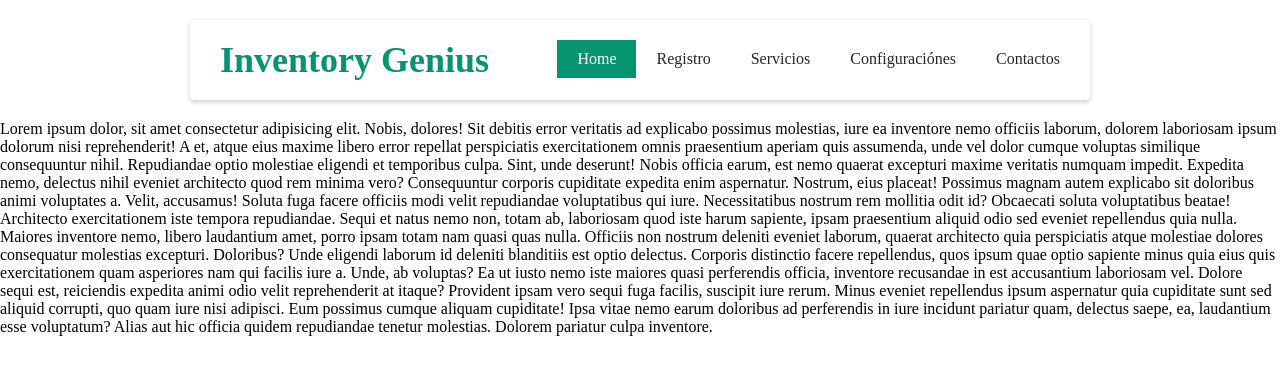
Repository: Sirius018/InventoryGenius
Page: ADW/InventoryGenius/src/main/resources/templates/Home.html
The author's editor kept a copy of each file at every save. The page is drawn from the files as they stood at one save, then again after the next save.
The browser window is 1280 px wide. The pictures show the whole page.

Above is the page before, as saved 2023-06-05 03:30:02.

### ADW/InventoryGenius/src/main/resources/templates/Home.html
<!DOCTYPE html>
<html lang="en" xmlns:th="http://www.thymeleaf.org">
<head>
    <meta charset="UTF-8">
    <meta http-equiv="X-UA-Compatible" content="IE=edge">
    <meta name="viewport" content="width=device-width, initial-scale=1.0">
    <link href="https://stackpath.bootstrapcdn.com/font-awesome/4.7.0/css/font-awesome.min.css" rel="stylesheet">
    <link rel="stylesheet" href="../static/css/home.css">
    <title>Practica 50</title>
</head>
<body>

<header>
        <div class="header">
            <a class="logo" href="#">Inventory Genius</a>
        <div class="menu-toggle"></div>
        <nav>
            <ul>
                <li><a class="active" href="#">Home</a></li>
                <li><a href="#">Registro</a></li>
                <li><a href="#">Servicios</a></li>
                <li><a href="#">Configuraciónes</a></li>
                <li><a href="#">Contactos</a></li>
            </ul>
        </nav>
        <div class="clearfix"></div>
        </div>
    </header>

    <div>
        Lorem ipsum dolor, sit amet consectetur adipisicing elit. Nobis, dolores! Sit debitis error veritatis ad explicabo possimus molestias, iure ea inventore nemo officiis laborum, dolorem laboriosam ipsum dolorum nisi reprehenderit!
        A et, atque eius maxime libero error repellat perspiciatis exercitationem omnis praesentium aperiam quis assumenda, unde vel dolor cumque voluptas similique consequuntur nihil. Repudiandae optio molestiae eligendi et temporibus culpa.
        Sint, unde deserunt! Nobis officia earum, est nemo quaerat excepturi maxime veritatis numquam impedit. Expedita nemo, delectus nihil eveniet architecto quod rem minima vero? Consequuntur corporis cupiditate expedita enim aspernatur.
        Nostrum, eius placeat! Possimus magnam autem explicabo sit doloribus animi voluptates a. Velit, accusamus! Soluta fuga facere officiis modi velit repudiandae voluptatibus qui iure. Necessitatibus nostrum rem mollitia odit id?
        Obcaecati soluta voluptatibus beatae! Architecto exercitationem iste tempora repudiandae. Sequi et natus nemo non, totam ab, laboriosam quod iste harum sapiente, ipsam praesentium aliquid odio sed eveniet repellendus quia nulla.
        Maiores inventore nemo, libero laudantium amet, porro ipsam totam nam quasi quas nulla. Officiis non nostrum deleniti eveniet laborum, quaerat architecto quia perspiciatis atque molestiae dolores consequatur molestias excepturi. Doloribus?
        Unde eligendi laborum id deleniti blanditiis est optio delectus. Corporis distinctio facere repellendus, quos ipsum quae optio sapiente minus quia eius quis exercitationem quam asperiores nam qui facilis iure a.
        Unde, ab voluptas? Ea ut iusto nemo iste maiores quasi perferendis officia, inventore recusandae in est accusantium laboriosam vel. Dolore sequi est, reiciendis expedita animi odio velit reprehenderit at itaque?
        Provident ipsam vero sequi fuga facilis, suscipit iure rerum. Minus eveniet repellendus ipsum aspernatur quia cupiditate sunt sed aliquid corrupti, quo quam iure nisi adipisci. Eum possimus cumque aliquam cupiditate!
        Ipsa vitae nemo earum doloribus ad perferendis in iure incidunt pariatur quam, delectus saepe, ea, laudantium esse voluptatum? Alias aut hic officia quidem repudiandae tenetur molestias. Dolorem pariatur culpa inventore.
    </div>



<script src="https://code.jquery.com/jquery-3.6.0.js" integrity="sha256-H+K7U5CnXl1h5ywQfKtSj8PCmoN9aaq30gDh27Xc0jk=" crossorigin="anonymous"></script>
<script src="../static/js/home.js"></script>
</body>
</html>

### ADW/InventoryGenius/src/main/resources/static/css/home.css
/********************************** RESET PROPIEDADES **********************************/
* {
    margin: 0;
    padding: 0;
    box-sizing: border-box;
}
a {
    text-decoration: none;
    color: inherit;
}
ul, ol {
    list-style: none;
}
body, h1, h2, h3, h4, h5, h6, p, ul, ol, li {
    margin: 0;
    padding: 0;
    font-size: 100%;
    font-weight: normal;
}
img {
    display: block;
    max-width: 100%;
    height: auto;
}
input, textarea, button {
    margin: 0;
    padding: 0;
    border: none;
    outline: none;
    background: none;
    font-family: inherit;
    font-size: inherit;
    color: inherit;
    resize: none;
}
button {
    cursor: pointer;
}
li {
    list-style: none;
}
/************************************************************************************************************/





.header{
    position: relative;
    max-width: 900px;
    margin: 20px auto;
    padding: 10px;
    background: #fff;
    box-sizing: border-box;
    border-radius: 4px;
    box-shadow: 0 2px 5px rgba(0,0,0,.2);
}

.logo{
    color: #069370;
    height: 60px;
    line-height: 60px;
    padding: 0 20px;
    font-size: 36px;
    text-align: center;
    float: left;
    font-weight: 700;
    text-decoration: none;
}

nav{
    float: right;
}

.clearfix{
    clear: both;
}

nav ul{
    margin: 0;
    padding: 0;
    display: flex;
}

nav ul li{
    list-style: none;
}

nav ul li a{
    display: block;
    margin: 10px 0;
    padding: 10px 20px;
    text-decoration: none;
    color: #262626;
}

nav ul li a:hover,
nav ul li a.active{
    background: #069370;
    color: #fff;
    transition: .5s;
}

@media (max-width: 900px) {
    header{
        margin: 20px;
    }
}

@media (max-width: 768px) {
    .menu-toggle{
        display: block;
        width: 40px;
        height: 40px;
        margin: 10px;
        float: right;
        cursor: pointer;
        text-align: center;
        font-size: 30px;
        color: #096370;
    }
    .menu-toggle::before{
        content: '\f0c9';
        font-family: fontAwesome;
        line-height: 40px;

    }
    .menu-toggle.active:before{
        content: '\f00d';
    }
    nav{
        display: none;
    }
    nav.active{
        display: block;
        width: 100%;
    }
    nav.active ul{
        display: block;
    }
    nav.active ul li a{
        margin: 0;
    }
}

### ADW/InventoryGenius/src/main/resources/static/js/home.js
$(document).ready(function(){
    $('.menu-toggle').click(function(){
        $('.menu-toggle').toggleClass('active')
        $('nav').toggleClass('active')
    })
})

After the next save:
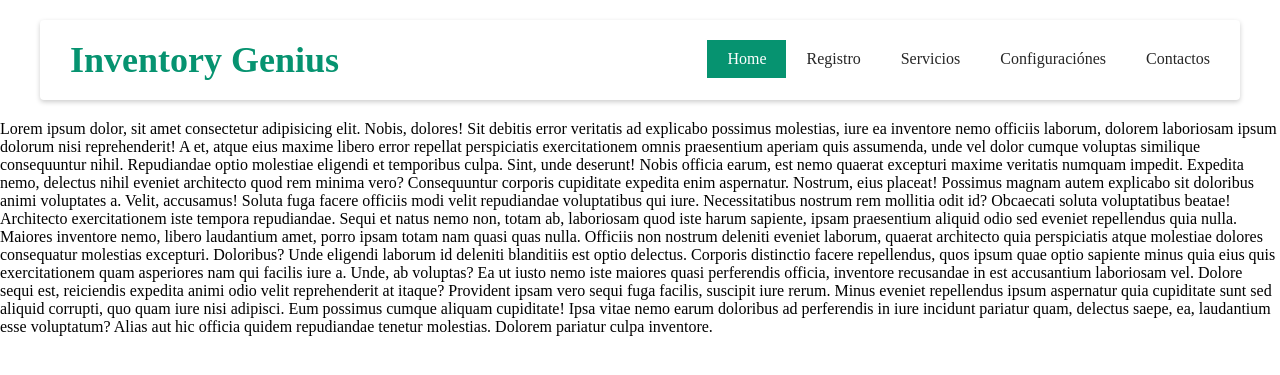
Saved 15 s later.
--- a/ADW/InventoryGenius/src/main/resources/static/css/home.css
+++ b/ADW/InventoryGenius/src/main/resources/static/css/home.css
@@ -47,7 +47,7 @@ li {
 
 .header{
     position: relative;
-    max-width: 900px;
+    max-width: 1200px;
     margin: 20px auto;
     padding: 10px;
     background: #fff;
